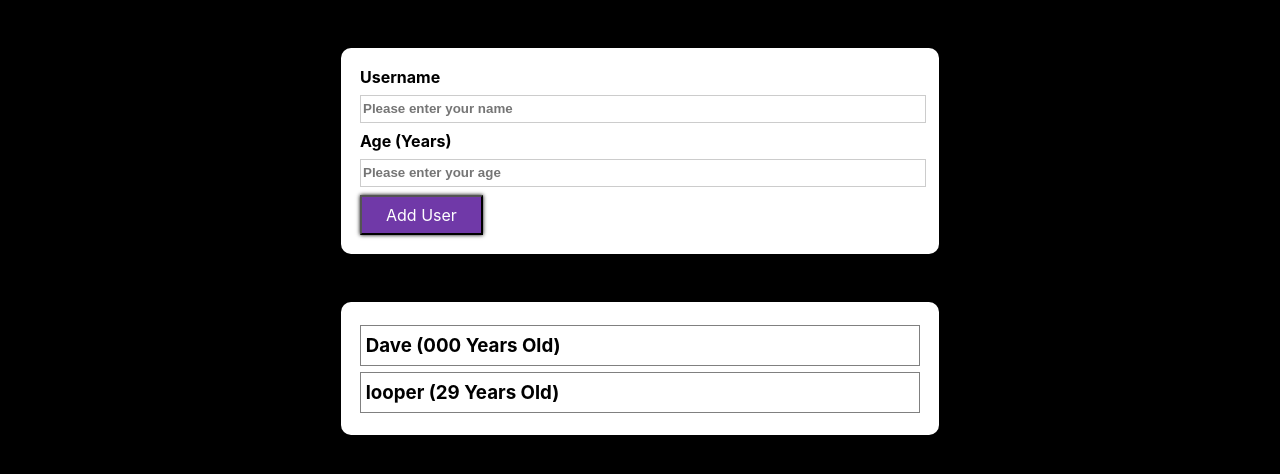
Repository: NamalPathirana/section-eight
Page: /
An editor plug-in stored every save of this project. The page is shown before and after the next save, followed by the edit.
The browser window is 1280 px wide. The pictures show the whole page.
The project was rebuilt for these pictures with package versions that can differ from the ones it lists, and the page was loaded fresh each time. Also part of the build but not shown: src/App.module.css.

Above is the page before, as saved 2021-11-28 00:27:53.

### src/index.css
body {
  margin: 0;
  padding: 0%;
  height: 100%;
  width: 100%;
  display: flex;
  flex-direction: column;
  background-color: black;
  font-family: -apple-system, BlinkMacSystemFont, 'Segoe UI', 'Roboto', 'Oxygen',
    'Ubuntu', 'Cantarell', 'Fira Sans', 'Droid Sans', 'Helvetica Neue',
    sans-serif;
  -webkit-font-smoothing: antialiased;
  -moz-osx-font-smoothing: grayscale;
}

code {
  font-family: source-code-pro, Menlo, Monaco, Consolas, 'Courier New',
    monospace;
}

### src/App.js
import styles from "./App.module.css";
import react, { useState } from "react";
import UserInput from "./Components/UserInput/UserInput";
import UserList from "./Components/UserList/UserList";

function App() {
  const [listOfEntries, SetListOfEntries] = useState([
    { key: 0, name: "Dave", age: "000" },
    { key: 1, name: "looper", age: "29" },
  ]);

  const UserEntryCallbackHandler = (props) => {
    SetListOfEntries((prevListOfEntries) => {
      const tempList = [...prevListOfEntries];
      tempList.unshift({
        key: Math.random(),
        name: props.name,
        age: props.age,
      });
      return tempList;
    });
    console.log(listOfEntries);
  };

  const entryDeletionCallback = (entryKey) => {
    SetListOfEntries((perEntry) => {
      const updatedEntries = perEntry.filter((entry) => {
        return entry.key !== entryKey;
      });
      return updatedEntries;
    });
  };

  let UserInfoSegment = <h3 className={styles.block}>No Entries Exists To Display</h3>;

  if (listOfEntries.length > 0) {
    UserInfoSegment = (
      <UserList
        items={listOfEntries}
        deletionHandler={entryDeletionCallback}
      ></UserList>
    );
  }

  return (
    <div className="App">
      <section>
        <UserInput onUserEntry={UserEntryCallbackHandler}></UserInput>
      </section>
      <section>
      {UserInfoSegment}
      </section>
    </div>
  );
}

export default App;

### src/Components/UserInput/UserInput.js
import Button from '../../UI/Button/Button';
import styles from './UserInput.module.css';
import {useState} from 'react';
import Card from '../../UI/Card/Card';

const UserInput = (props) => {

    const userEntry={key:0,name:'lol',age:'25'};

    const [username,SetUserName] = useState('');
    const [age,SetAge] = useState('');
    const [isValid,SetIsValid] = useState(true);

    const NameInputHandler = (props) => {
        SetUserName(props.target.value);

        if(props.target.value.length>0){
            SetIsValid(true);
        }
        // console.log('[UserInput.js / userName : ]'+username)
    }

    const AgeInputHandler = (props) => {
        SetAge(props.target.value);
        if(props.target.value.length>0){
            SetIsValid(true);
        }
        // console.log('[UserInput.js / userName : ]'+age);
    }

    const FormSubmitHandler = (event) => {
        event.preventDefault();

        if(username.length===0){
            SetIsValid(false);
            return;
        }

        userEntry.key=Math.random();
        userEntry.name=username;
        userEntry.age=age;

        props.onUserEntry(userEntry);
    }

    return (
        <Card>
        <form onSubmit={FormSubmitHandler}>
        <div className={styles.frame}>
            <label className={`${!isValid?styles.inValid:''}`}>Username</label>
            <input placeholder='Please enter your name' type="text" onChange={NameInputHandler} className={!isValid?styles.inValid:''}/>
            <label className={`${!isValid?styles.inValid:''}`}>Age (Years)</label>
            <input placeholder='Please enter your age' type="number" max='120' maxLength='2' min='12' onChange={AgeInputHandler} className={`${!isValid?styles.inValid:''}`}/>
            <Button name='Add User' type="submit"></Button>
        </div>
        </form>
        </Card>
    );
};

export default UserInput;

### src/Components/UserList/UserList.js
import styles from './UserList.module.css';
import UserListItem from '../UserListItem/UserListItem'


const UserList = (props) => {

    const listUserItems = props.items.map(row=>{
        return  <UserListItem key={row.key} name={row.name} age={row.age} clicked={()=>{props.deletionHandler(row.key)}}/>;
    });

    return(
        <div className={styles.frame}>
           {listUserItems}
        </div>
    );
}

export default UserList;

### src/UI/Button/Button.js
import styles from "./Button.module.css";

const Button = (props) => {
  return <button className={styles.button} type={props.type}>{props.name}</button>;
};

export default Button;

### src/Components/UserInput/UserInput.module.css
.frame{

}

.frame input{
    display: block;
    font-weight: bold;
    border: 1px solid #ccc;
    line-height: 1.5rem;
    padding: 100 0.25rm;
    width: 100%;
    margin-bottom: 0.5rem;
}

.frame input:hover{
    border: 1px solid rgb(49, 45, 45);
}

label.inValid {
    color: red;
}

input.inValid {
    background-color: rgb(233, 161, 161);
    border: 1px solid red;
 }

.frame label{
    display: block;
    align-content: flex-start;
    font-weight: bold;
    margin-bottom: 0.5rem;
}

### src/UI/Card/Card.js
import styles from './Card.module.css';

const Card = (props) => {

    return (<div className={styles.card}>
        {props.children}
    </div>);

}

export default Card;

### src/Components/UserList/UserList.module.css
.frame{
    margin: 0.5rem 0.5rem;
    padding: 1.2rem 1.2rem;
    width: 35rem;
    max-width: 90%;
    margin: 3rem auto;
    background-color: white;
    border-radius: 10px;
    display: flex;
    flex-direction: column;
}

### src/Components/UserListItem/UserListItem.js
import styles from './UserListItem.module.css';


const UserListItem = (props) => {

    return(
        <div className={styles.list_item} onClick={props.clicked}>
            <h3>{props.name} ({props.age} Years Old)</h3>
        </div>
    );
}

export default UserListItem;

### src/UI/Button/Button.module.css
.button{
    font: inherit;
    padding: 0.5rem 1.5rem;
    background-color: rgb(112, 57, 168);
    color:white;
    box-shadow: 0 0 4px black;
    cursor: pointer;
    width: auto;
}

.button:focus{
    outline: none;
}

.button:hover,.button:active{
    background-color: rgb(185, 140, 231);
    border-color: rgb(185, 140, 231);
    box-shadow: 0 0 8px black;
}

### src/UI/Card/Card.module.css
.card{
    margin: 0.5rem 0.5rem;
    padding: 1.2rem 1.2rem;
    width: 35rem;
    max-width: 90%;
    margin: 3rem auto;
    background-color: white;
    border-radius: 10px;
}

### src/Components/UserListItem/UserListItem.module.css
.list_item{
    border: 1px solid gray;
    display: block;
    padding: 0.5rem 0.3rem;
    margin: 3px 0px;

}

.list_item:hover{
    background-color: antiquewhite;
}

.list_item:active{
    background-color: rgb(251, 199, 199);
}


.list_item h3{
    margin: 0px;
}

Loaded but not shown: public/index.html (common file); src/index.js (common file); src/reportWebVitals.js (common file)

After the next save:
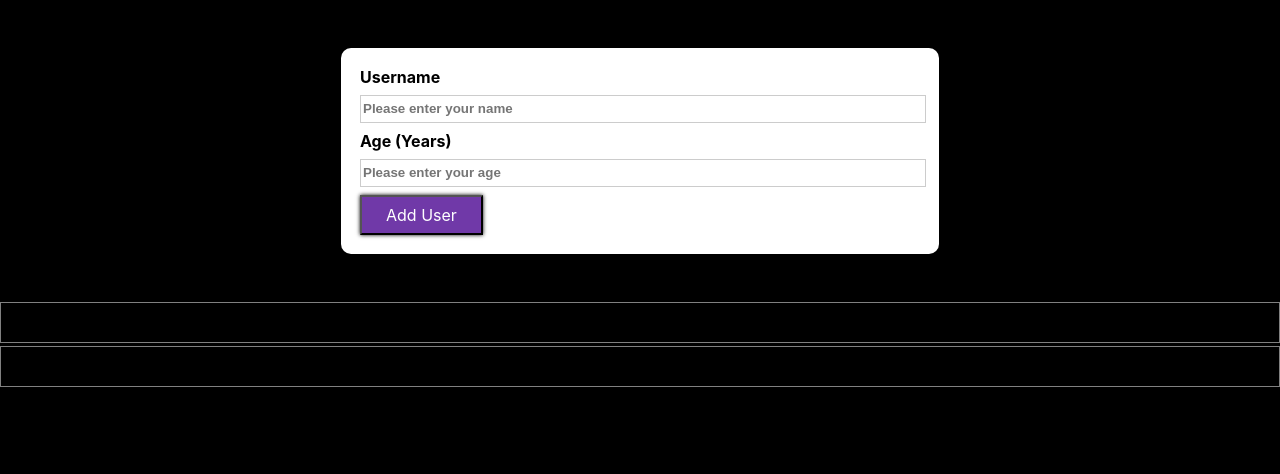
Saved 90 s later.
--- a/src/Components/UserList/UserList.module.css
+++ b/src/Components/UserList/UserList.module.css
@@ -1,11 +1,3 @@
 .frame{
-    margin: 0.5rem 0.5rem;
-    padding: 1.2rem 1.2rem;
-    width: 35rem;
-    max-width: 90%;
-    margin: 3rem auto;
-    background-color: white;
-    border-radius: 10px;
-    display: flex;
-    flex-direction: column;
+
 }
